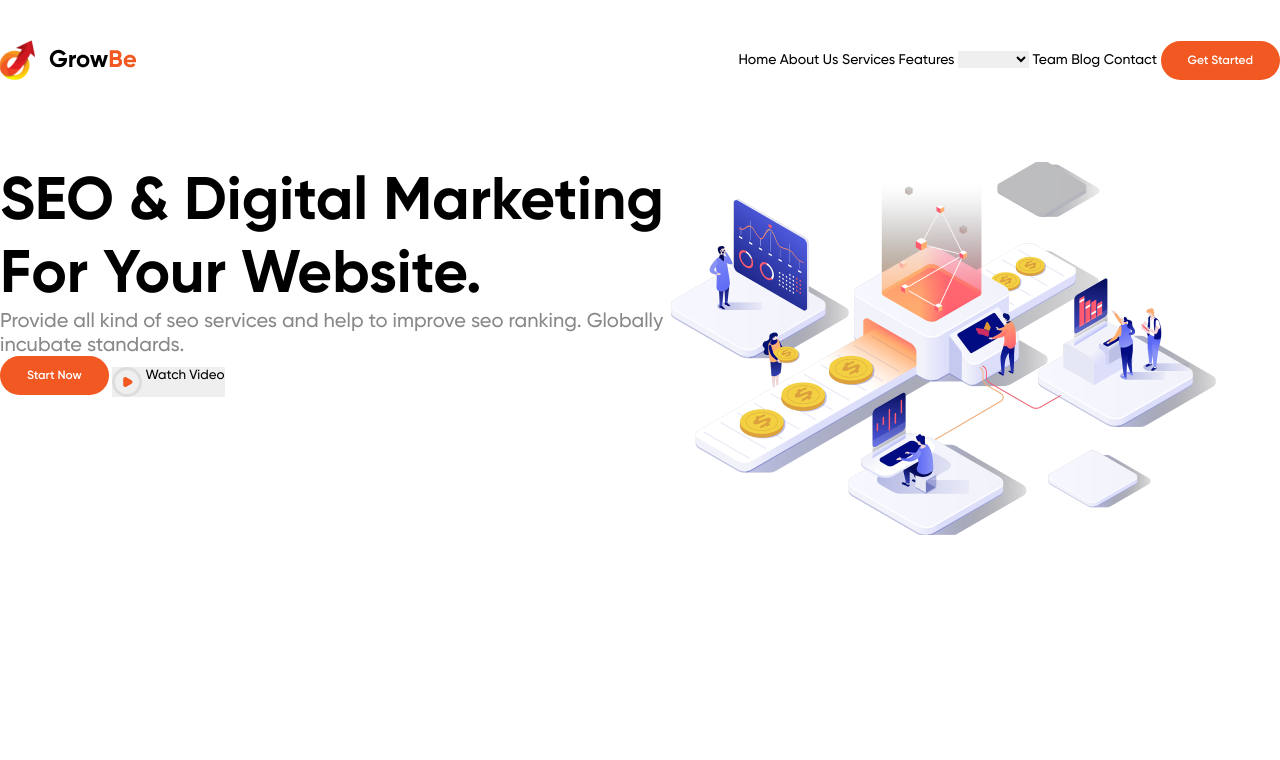
Repository: Alekseiy1980/GrowBe
Page: index.html
The author's editor kept a copy of each file at every save. The page is drawn from the files as they stood at one save, then again after the next save.
The browser window is 1280 px wide. The pictures show the whole page.

Above is the page before, as saved 2024-01-20 13:12:40.

After the next save:
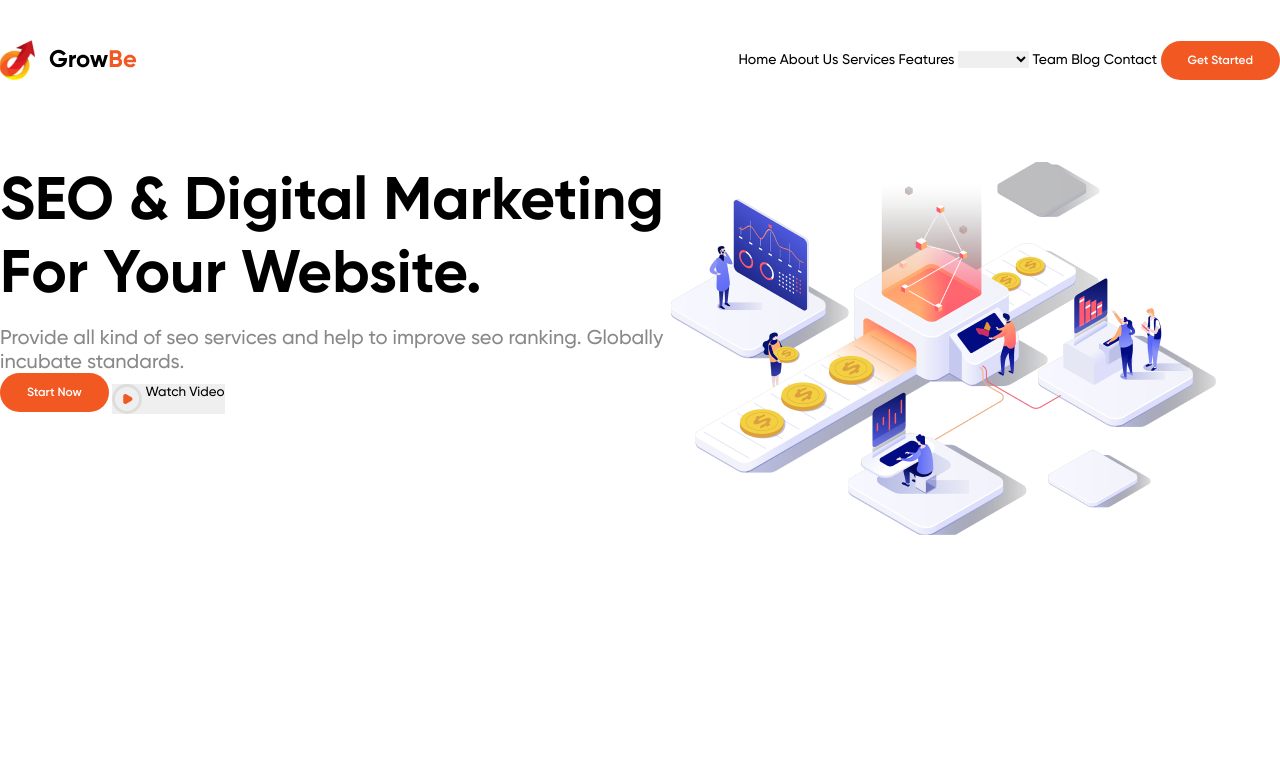
Saved 93 s later.
--- a/css/style.css
+++ b/css/style.css
@@ -81,6 +81,7 @@ header {
     color: #000;
     font-family: Gilroy-Bold;
     font-size: 60px;
+    margin-bottom: 17px;
 }
 
 .sub_title{
